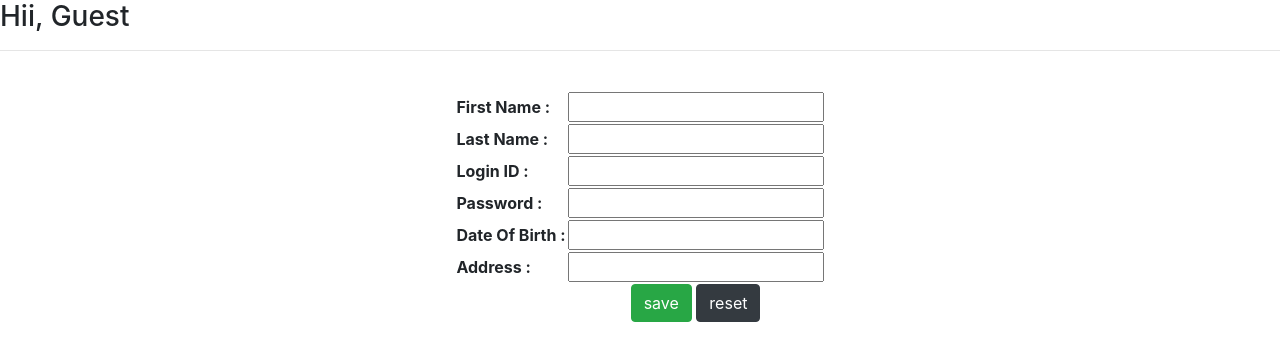
Repository: NikhilKhandait/Spring_MVC
Page: http://localhost/spring-mvc/WEB-INF/pages/UserView.jsp
The author's editor kept a copy of each file at every save. The page is drawn from the files as they stood at one save, then again after the next save.
The browser window is 1280 px wide. The pictures show the whole page.
Some web libraries are served in a nearby version. The page is served by Tomcat 9. Nobody is signed in. The template is opened directly, without the code that normally fills it, so the values that code supplies are empty.

Above is the page before, as saved 2024-05-25 12:32:22.

After the next save:
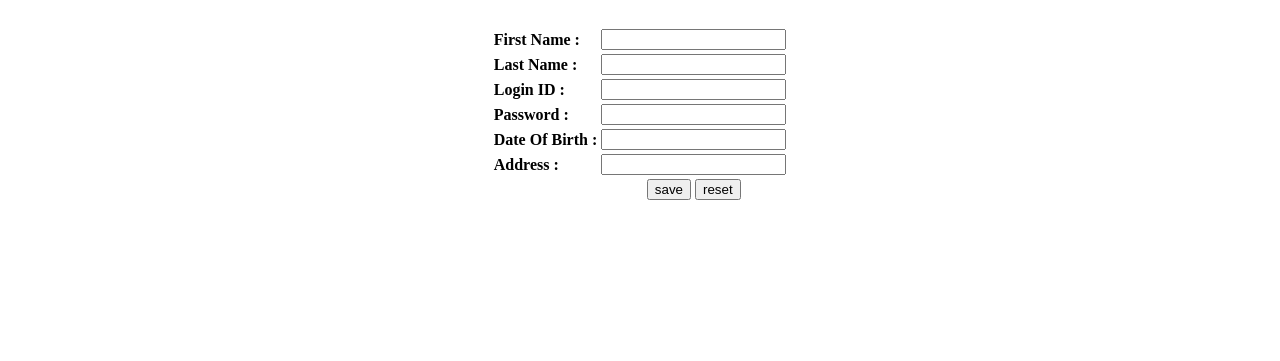
Saved 101 s later.
--- a/New folder/Spring-mvc/spring-mvc/src/main/webapp/WEB-INF/pages/UserView.jsp
+++ b/New folder/Spring-mvc/spring-mvc/src/main/webapp/WEB-INF/pages/UserView.jsp
@@ -11,7 +11,7 @@
 <title>UserView</title>
 </head>
 <body>
-	<%@ include file="Header.jsp"%>
+
 	<sf:form method="post" modelAttribute="form">
 		<div align="center">
 
